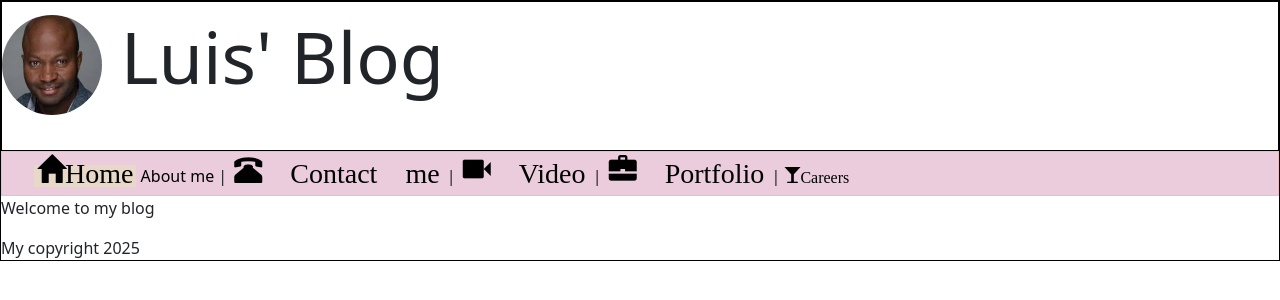
Repository: wduluis/wduluis.github.io
Page: portfolio.html
These files come from the project's save history. The page is drawn as it stood at one moment and after the next save; the edit follows.
The browser window is 1280 px wide. The pictures show the whole page.

Above is the page before, as saved 2025-05-09 10:42:12.

After the next save:
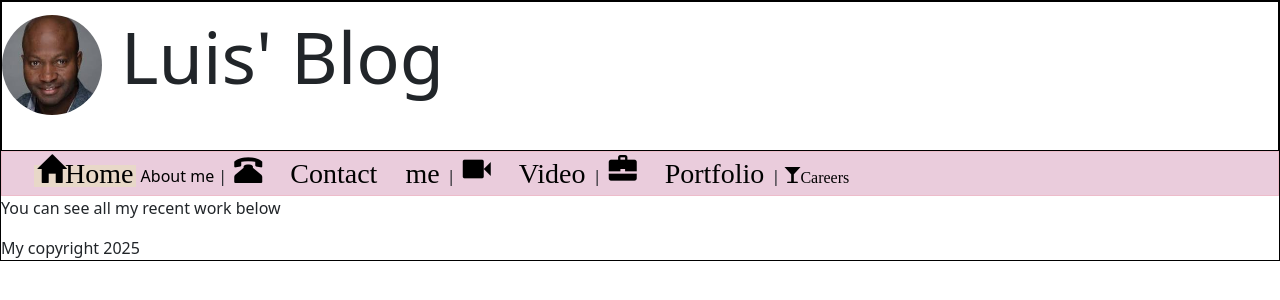
Saved 65 s later.
--- a/portfolio.html
+++ b/portfolio.html
@@ -37,7 +37,7 @@
 </div>
 
 <div id="contentarea">
-<p> Welcome to my blog</p>
+<p> You can see all my recent work below</p>
 
 
 
